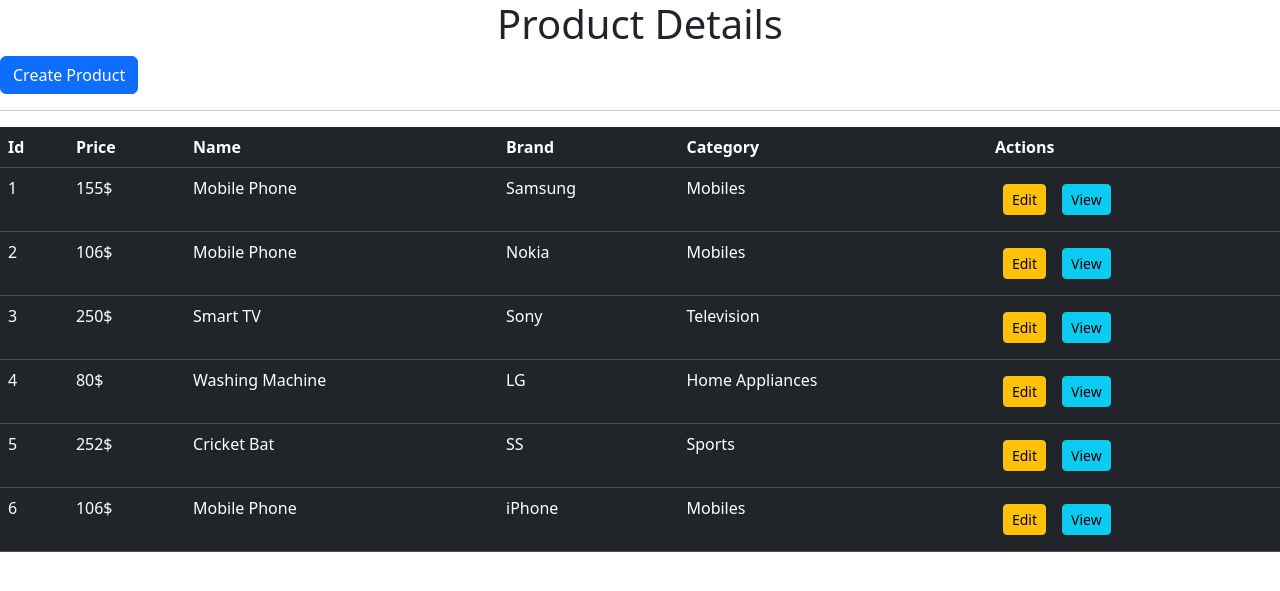
Repository: SriChakraTeja/json-crud
Page: /
An editor plug-in stored every save of this project. The page is shown before and after the next save, followed by the edit.
The browser window is 1280 px wide. The pictures show the whole page.
The project was rebuilt for these pictures with package versions that can differ from the ones it lists, and the page was loaded fresh each time. Requests to the local data server were answered from the project's data file. Also part of the build but not shown: src/components/ProductDetails.js.

Above is the page before, as saved 2023-12-23 14:01:47.

After the next save:
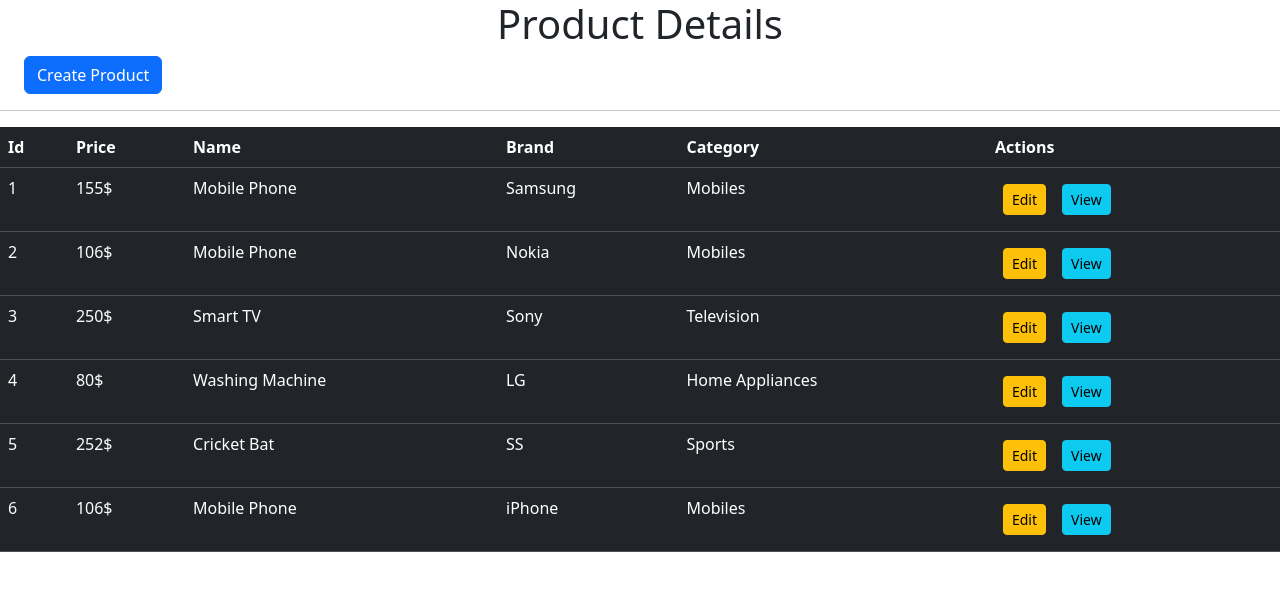
Saved 7 s later.
--- a/src/components/Home.js
+++ b/src/components/Home.js
@@ -13,7 +13,7 @@ const Home = () => {
             <h1 className='text-center'>
                 Product Details
             </h1>
-            <button className='btn btn-primary btn-md ml-4'>Create Product</button>
+            <button className='btn btn-primary btn-md mx-4'>Create Product</button>
             <hr/>
             <table className='table table-dark'>
                 <thead>
